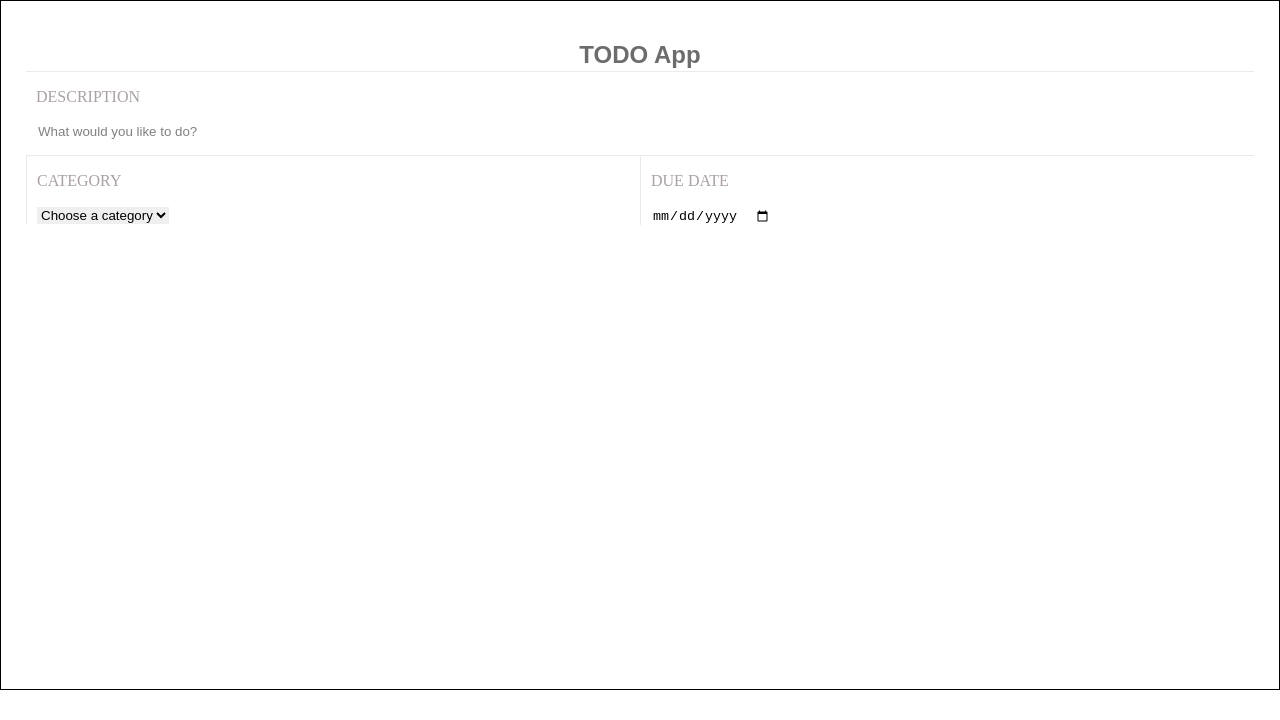
Repository: king-slayer97/TODO-App
Page: http://localhost/
The author's editor kept a copy of each file at every save. The page is drawn from the files as they stood at one save, then again after a run of saves.
The browser window is 1280 px wide. The pictures show the whole page.
The page is served by the project's Node server (index.js). Other server files are loaded and not shown.

Above is the page before, as saved 2022-08-15 17:53:54.

### views/home.ejs
<!DOCTYPE html>
<html lang="en">

<head>
    <meta charset="UTF-8">
    <meta http-equiv="X-UA-Compatible" content="IE=edge">
    <meta name="viewport" content="width=device-width, initial-scale=1.0">
    <title>TODO App</title>
    <link rel="stylesheet" href="/css/home.css">
</head>

<body>
    <div class="wrapper">
        <div class="heading">
            <h2>TODO App</h2>
        </div>
        <div class="description">
            <p>Description</p>
            <input type="text" placeholder="What would you like to do?">
        </div>
        <div class="section2">
            <div class="category">
                <p>Category</p>
                <select>
                    <option selected disabled>Choose a category</option>
                    <option value="Personal">Personal</option>
                    <option value="Work">Work</option>
                    <option value="School">School</option>
                    <option value="Cleaning">Cleaning</option>
                    <option value="Other">Other</option>
                </select>
            </div>
            <div class="date">
                <p>Due Date</p>
                <input type="date" placeholder="dd/mm/yyyy">
            </div>
        </div>
        <!-- <div class="buttons">
            <button>Add Task</button>
            <button>Delete Tasks</button>
        </div> -->
    </div>
</body>

</html>

### index.js
const express = require('express');
const PORT = 3000;
const app = express();

//setup view engine
app.set('view engine', 'ejs');
app.set('views','./views');
app.use(express.static('assets'));

//importing routes
const router = require('./routes');
app.use('/',router);

//Listening on port 3000
app.listen(PORT, function(err){
    if(err) {
        console.log(`Error: ${err}`);
    }
    else{
        console.log(`Listening on port ${PORT}`);
    }
});

### controllers/home_controller.js
module.exports.homePage = function(req, res){
    res.render('home',{title: "TODO App"});
};

### assets/css/home.css
body{
    margin: 0;
}

.wrapper{
    border: 1px solid black;
    padding: 20px 25px;
    height: 90vh;
}

.heading{
    text-align: center;
    border-bottom: 1px solid #eaeaea;
    height: 30px;
    /* display: flex;
    align-items: center;
    justify-content: center; */
}

.heading h2{
    color: #6e6c6b;
    font-family: Arial, Helvetica, sans-serif;
    /* font-style: inherit; */
}

.description{
    border-bottom: 1px solid #eaeaea;
    /* display: flex;
    flex-direction:column;
    justify-content: flex-start; */
    /* background-color: yellow; */
    padding:0px 10px;
    padding-bottom: 15px;
}

.description p, .category p, .date p{
    color: #a9a1a7;
    text-transform: uppercase;
    /* background-color: pink; */
}
/*
.description input[type="text"]{
    border-style: none;
    text-align: left;
} */

.section2{
    display: flex;
    align-items: center;
    justify-content: flex-start;
}

.category,.date{
    /* height: 100%; */
    padding: 0px 10px;
    flex: 0.5;
}

.date input[type="date"]{
    /* height: 100%; */
}

.category select,.description input[type="text"],.date input[type="date"]{
    border: none;
    outline: 0px;
    /* -webkit-appearance: button; */
    /* -webkit-box-shadow: 0px 1px 3px rgba(0, 0, 0, 0.1); */
}

.section2 .date,.section2 .category{
    border-left: 1px solid #eaeaea;
}

input::placeholder {
	/*styles here*/
    color:grey;
}

After the next 2 saves:
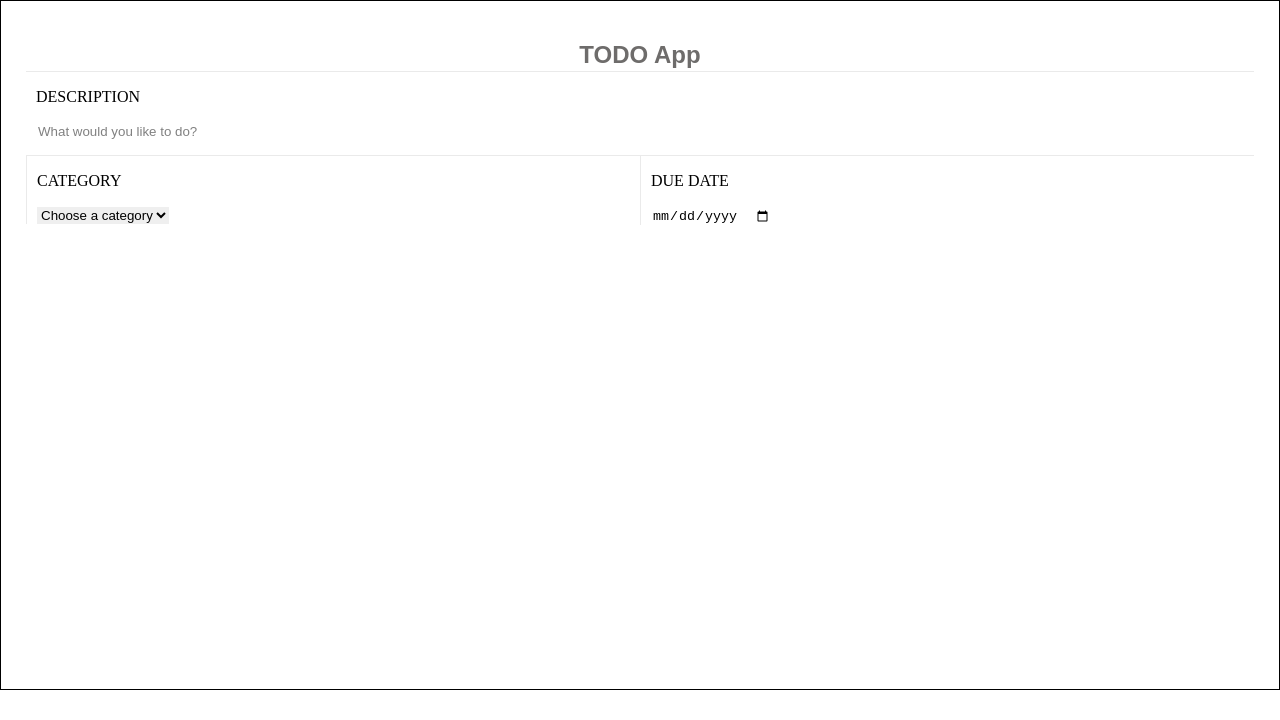
The 2 saves are shown as one change because they came seconds apart.
The last was saved 28 s later.
--- a/assets/css/home.css
+++ b/assets/css/home.css
@@ -34,7 +34,7 @@
 }
 
 .description p, .category p, .date p{
-    color: #a9a1a7;
+    color: dark;
     text-transform: uppercase;
     /* background-color: pink; */
 }

After the save that followed:
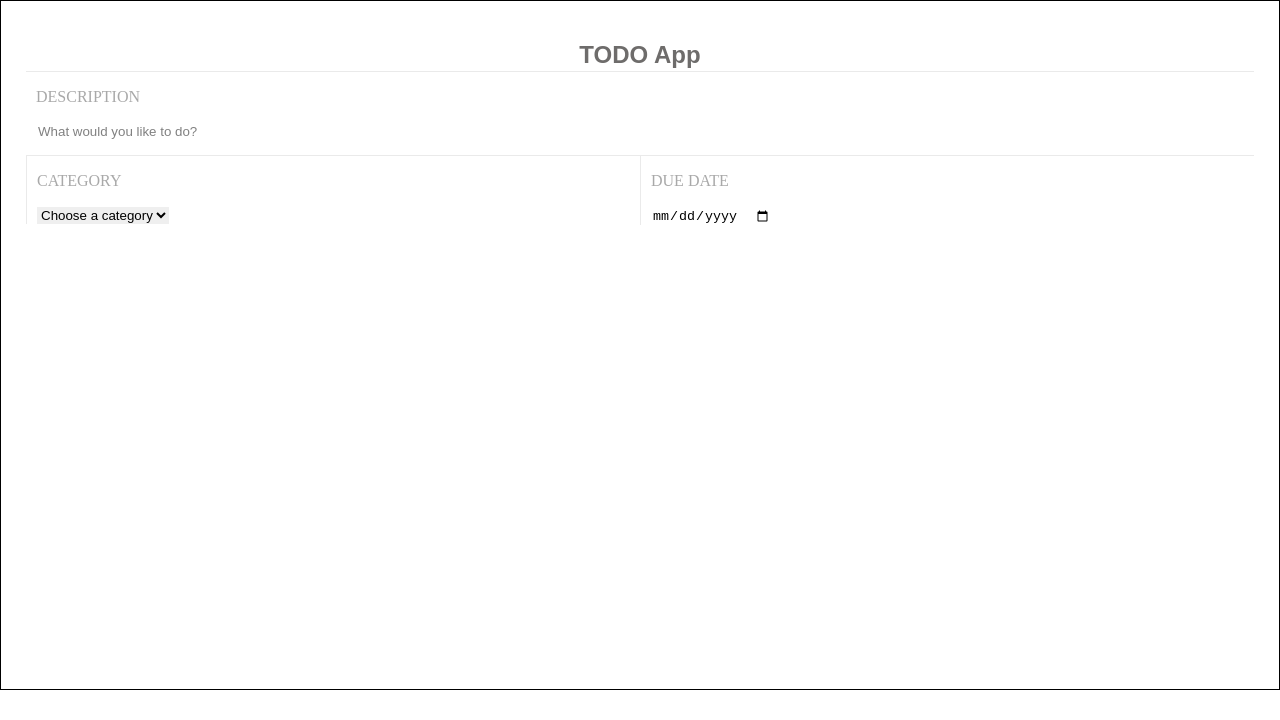
Saved 5 s later.
--- a/assets/css/home.css
+++ b/assets/css/home.css
@@ -34,7 +34,7 @@
 }
 
 .description p, .category p, .date p{
-    color: dark;
+    color: darkgrey;
     text-transform: uppercase;
     /* background-color: pink; */
 }
